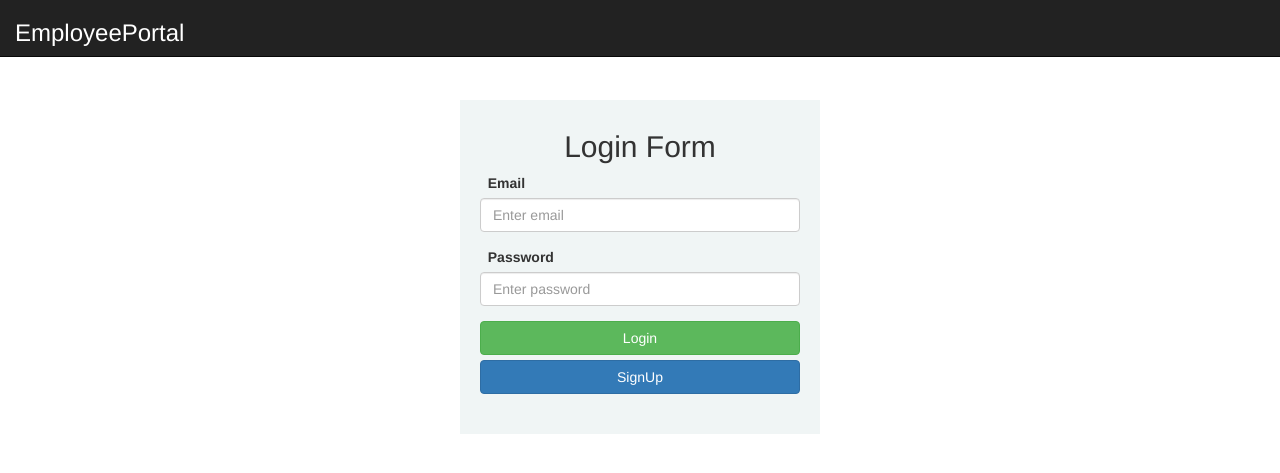
Repository: jagdishpatil18/JavaAdv
Page: http://localhost/EmployeePortal/
An editor plug-in stored every save of this project. The page is shown before and after the next save, followed by the edit.
The browser window is 1280 px wide. The pictures show the whole page.
Some web libraries are served in a nearby version. The page is served by Tomcat 9.

Above is the page before, as saved 2017-05-27 04:14:18.

After the next save:
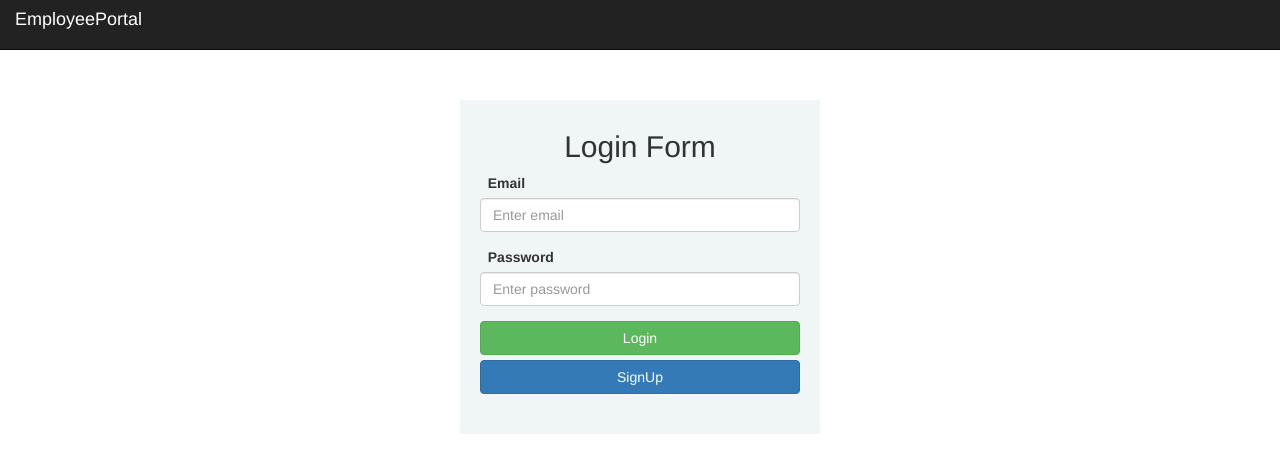
Saved 31 s later.
--- a/EmployeePortal/EmployeePortal/WebContent/header.jsp
+++ b/EmployeePortal/EmployeePortal/WebContent/header.jsp
@@ -25,7 +25,7 @@ color:white;
 	<nav class="navbar navbar-inverse navbar-fixed-top">
 	<div class="container-fluid">
 		<div class="navbar-header">
-		<h3 class="portalname">EmployeePortal</h3>
+		<h4 class="portalname">EmployeePortal</h4>
 		<%if(session.getAttribute("userid")!=null) {%>
 			 <button type="button" class="navbar-toggle" data-toggle="collapse" data-target="#myNavbar">
         <span class="icon-bar"></span>
